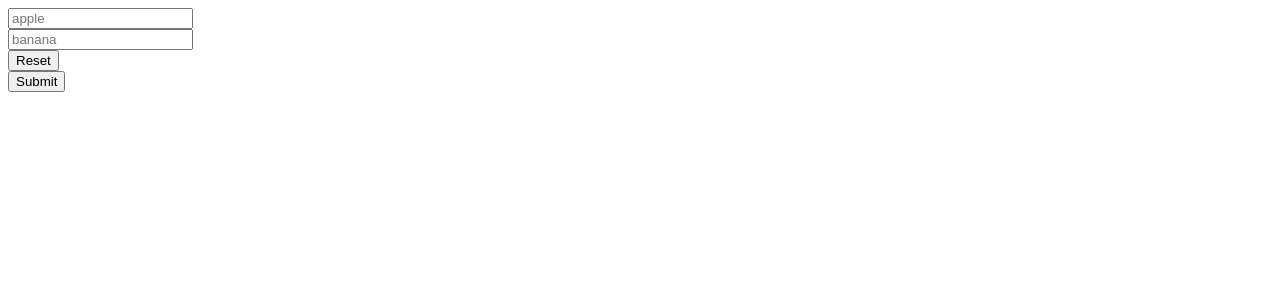
Repository: djdh94/jsp_practice
Page: http://localhost/JSPBasic/jspObject/1.requests/req_param_send.jsp
An editor plug-in stored every save of this project. The page is shown before and after the next save, followed by the edit.
The browser window is 1280 px wide. The pictures show the whole page.
The page is served by Tomcat 9.

Above is the page before, as saved 2022-02-03 05:48:44.

After the next save:
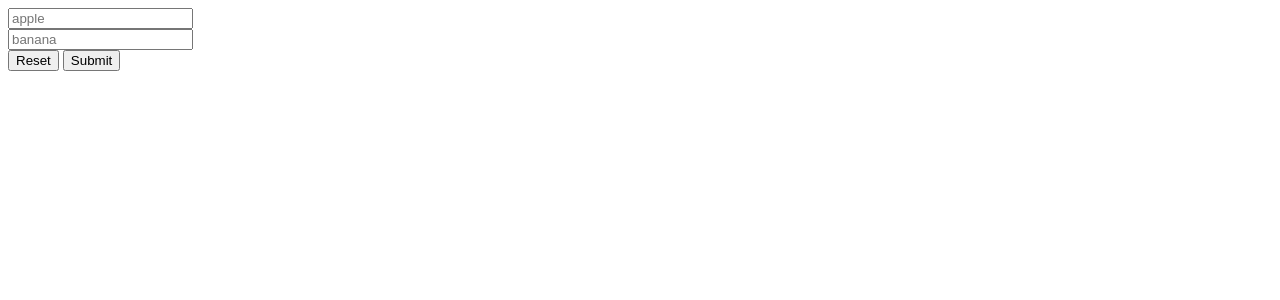
Saved 1 s later.
--- a/JSPBasic/src/main/webapp/jspObject/1.requests/req_param_send.jsp
+++ b/JSPBasic/src/main/webapp/jspObject/1.requests/req_param_send.jsp
@@ -13,7 +13,7 @@
 	<form action="req_param_getpost.jsp" method="get">
 		<input type="text" name="apple" placeholder="apple"/><br/>
 		<input type="password" name="banana" placeholder="banana"/><br/>
-		<input type="reset"/><br/>
+		<input type="reset"/>
 		<input type="submit"/>
 	</form>
 </body>
